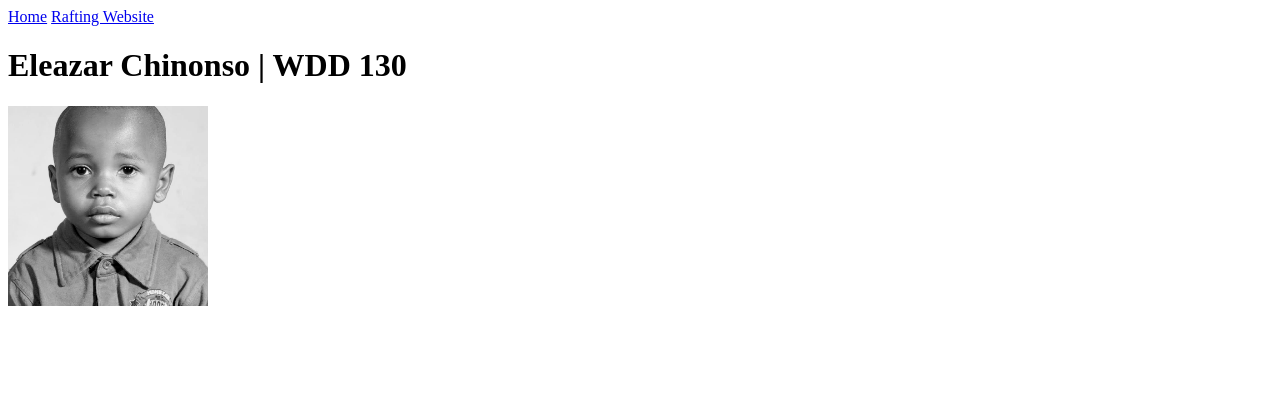
Repository: Ghost-Stories101/wdd130
Page: index.html
The author's editor kept a copy of each file at every save. The page is drawn from the files as they stood at one save, then again after the next save.
The browser window is 1280 px wide. The pictures show the whole page.

Above is the page before, as saved 2026-02-25 14:25:58.

### index.html
<!DOCTYPE html>
<html lang="en">

<head>
    <meta charset="UTF-8">
    <meta name="viewport" content="width=device-width, initial-scale=1.0">
    <title>Eleazar Chinonso | WDD 130</title>
</head>

<body>
    <header>
        <nav>
            <a href="#">Home</a>
            <a href="wwr/">Rafting Website</a>
        </nav>
    </header>
    <main>
        <h1>Eleazar Chinonso | WDD 130</h1>
        <img src="images/profile.jpg" alt="Eleazar Chinonso Picture" width="200">
        <p>

        </p>

    </main>
    <footer></footer>
</body>

</html>

After the next save:
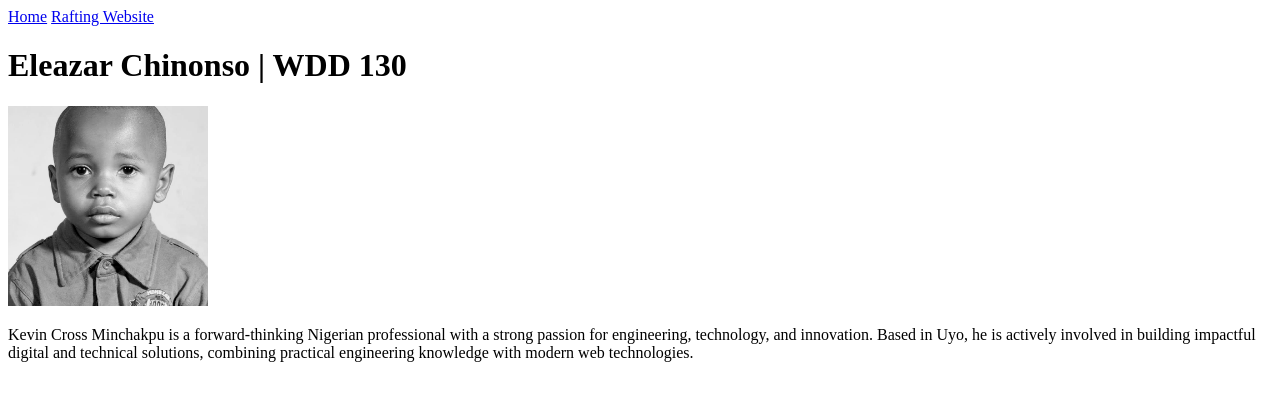
Saved 47 s later.
--- a/index.html
+++ b/index.html
@@ -18,7 +18,13 @@
         <h1>Eleazar Chinonso | WDD 130</h1>
         <img src="images/profile.jpg" alt="Eleazar Chinonso Picture" width="200">
         <p>
-
+            Kevin Cross Minchakpu is a forward-thinking Nigerian professional with a strong passion
+            for
+            engineering, technology, and innovation. Based in Uyo, he is actively involved in
+            building impactful
+            digital and technical solutions, combining practical engineering knowledge with modern
+            web
+            technologies.
         </p>
 
     </main>
